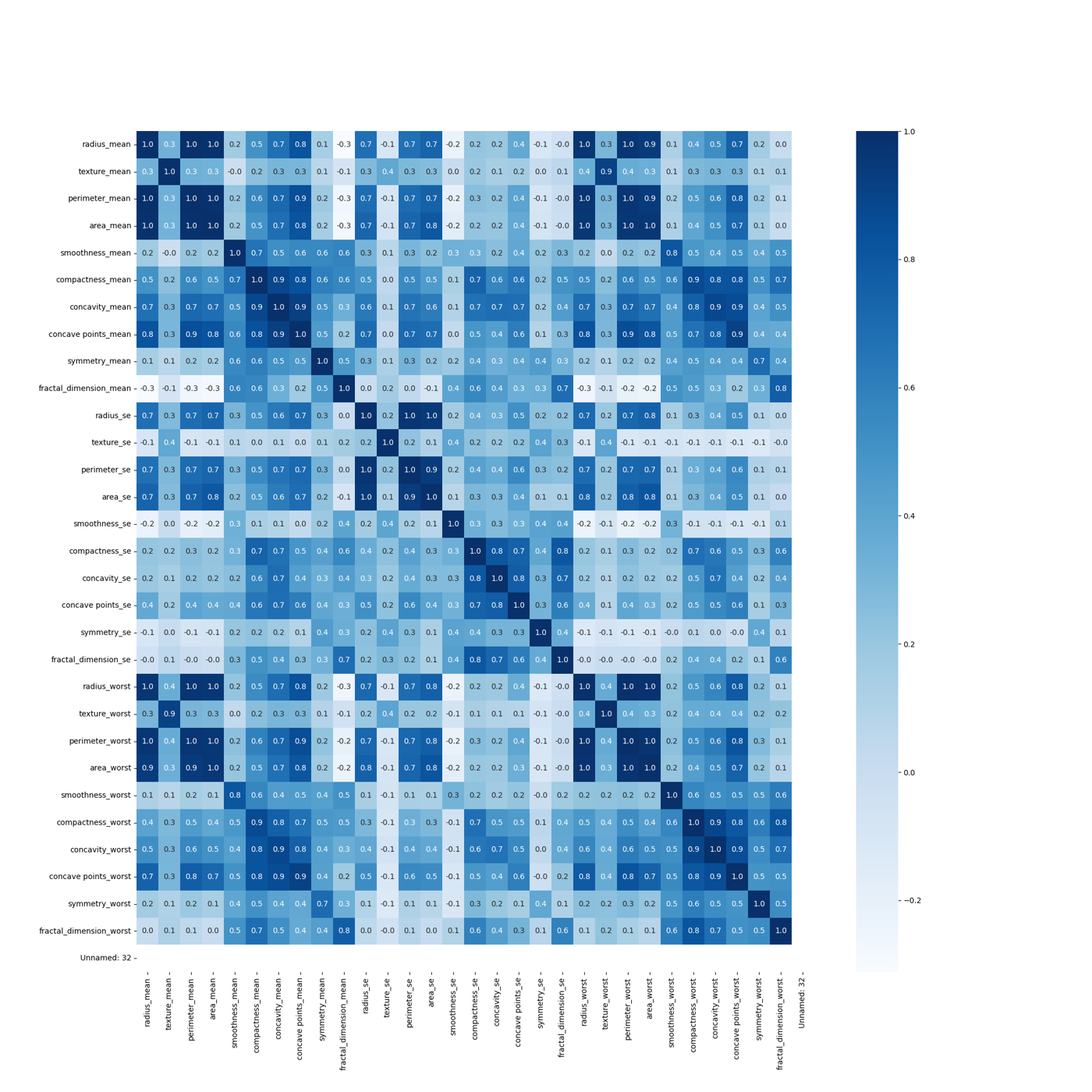
Repository: aminase/biopython
Script's output: python dataVisualization.py
The author's editor kept a copy of each file at every save. The script's output is drawn from the files as they stood at one save, then again after the next save.
The pictures are shown at 78% of full size.
Figures wider than 1,400 px are first shrunk to that width. Random numbers start from a fixed seed.

Above is the script's output before, as saved 2023-05-22 15:18:12.

### dataVisualization.py
import numpy as np
import pandas as pd
# %matplotlib inline

import matplotlib.pyplot as plt
import seaborn as sns
from sklearn import preprocessing
label_encode = preprocessing.LabelEncoder()
breast_cancer_data = pd.read_csv("./data/data.csv")



                                #  Visualizing benign and malign cases from data.csv

'''labels = label_encode.fit_transform(breast_cancer_data['diagnosis'])
breast_cancer_data['target'] = labels                                       # benign = 0; malign = 1
breast_cancer_data.drop(columns = 'diagnosis', axis =1, inplace=True)

coutOfDiagnosisMB = breast_cancer_data['target'].value_counts()             # counts how much are benign and malign cases
print(coutOfDiagnosisMB)

sns.countplot( x="target", data = breast_cancer_data)
plt.show()'''



# mainInfo = breast_cancer_data.describe()     # info on count, mean, median(50%), std, min, max throughout columns
# print(mainInfo)

'''describe = breast_cancer_data.drop(columns='id', axis=1, inplace=True)
describe = breast_cancer_data.drop(columns='diagnosis', axis=1, inplace=True)

print(describe)

for column in breast_cancer_data:
    plt.show()
    breast_cancer_data.boxplot([column]) '''


# correlation matrix to check relations between different variables in our data set

describe = breast_cancer_data.drop(columns='diagnosis', axis=1, inplace=True)
describe = breast_cancer_data.drop(columns='id', axis=1, inplace=True)

correlation_matrix = breast_cancer_data.corr()
plt.figure(figsize=(20, 20))
sns.heatmap(correlation_matrix, cbar=True, fmt= '.1f', annot= True, cmap= 'Blues')
plt.savefig("Correlation heat map")

Loaded but not shown: data/data.csv (common file)

After the next save:
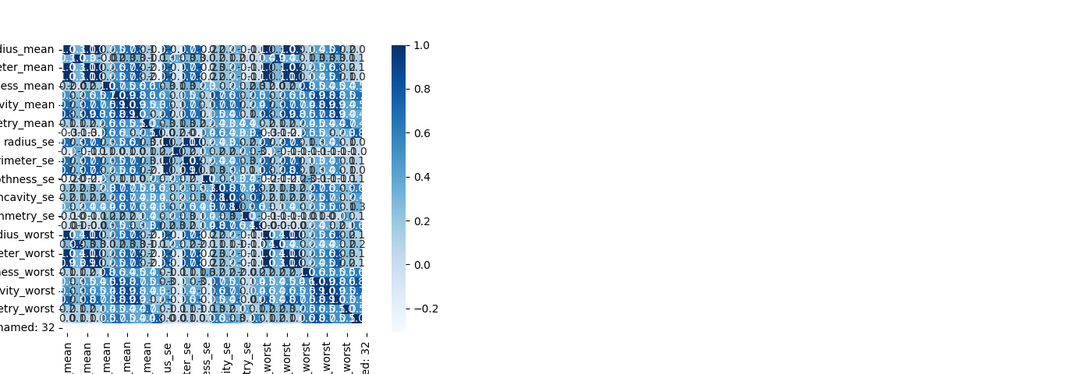
Saved 54 s later.
--- a/dataVisualization.py
+++ b/dataVisualization.py
@@ -43,6 +43,6 @@
 describe = breast_cancer_data.drop(columns='id', axis=1, inplace=True)
 
 correlation_matrix = breast_cancer_data.corr()
-plt.figure(figsize=(20, 20))
+plt.show(figsize=(20, 20))
 sns.heatmap(correlation_matrix, cbar=True, fmt= '.1f', annot= True, cmap= 'Blues')
 plt.savefig("Correlation heat map")

After the save that followed:
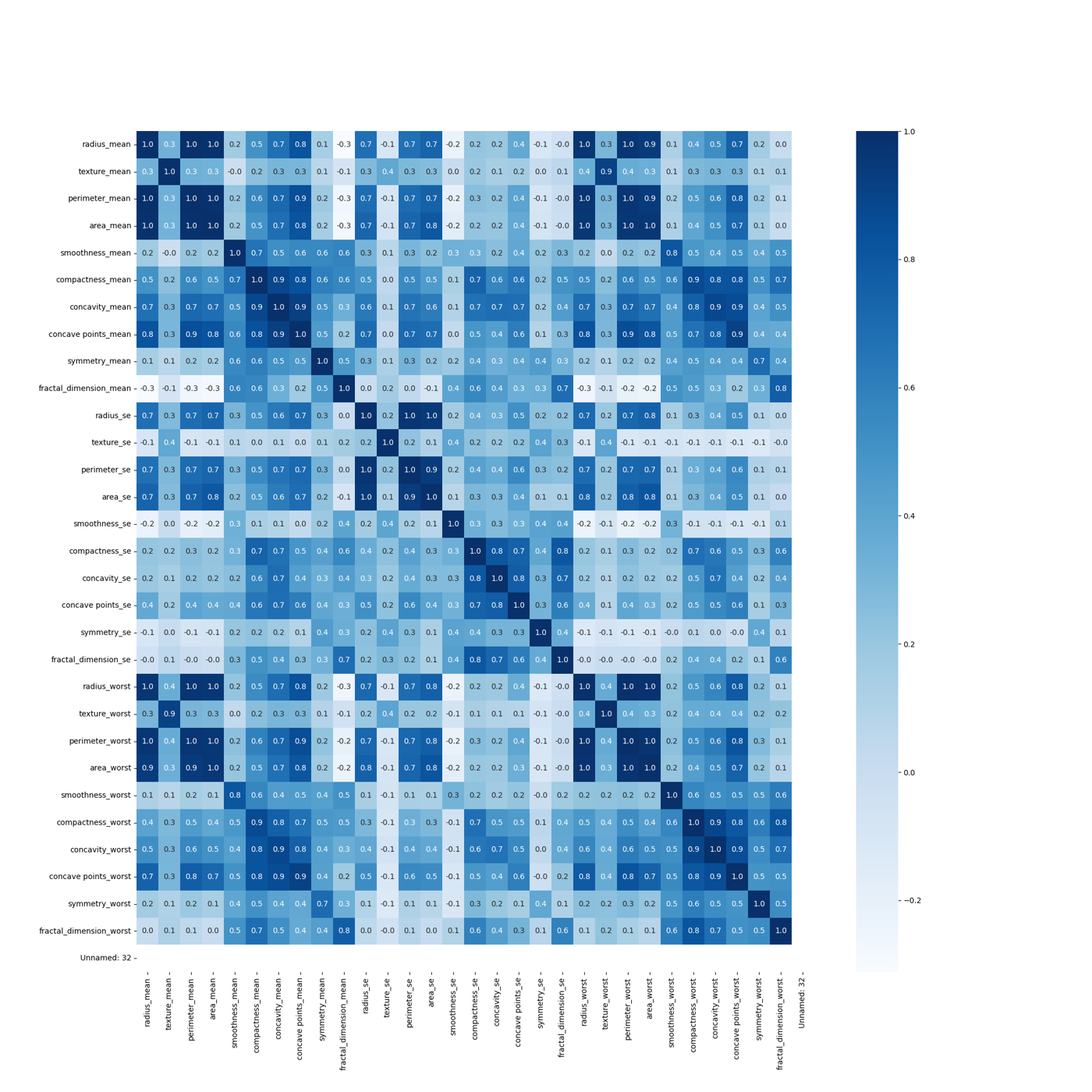
Saved 16 s later.
--- a/dataVisualization.py
+++ b/dataVisualization.py
@@ -43,6 +43,6 @@
 describe = breast_cancer_data.drop(columns='id', axis=1, inplace=True)
 
 correlation_matrix = breast_cancer_data.corr()
-plt.show(figsize=(20, 20))
+plt.figure(figsize=(20, 20))
 sns.heatmap(correlation_matrix, cbar=True, fmt= '.1f', annot= True, cmap= 'Blues')
 plt.savefig("Correlation heat map")
